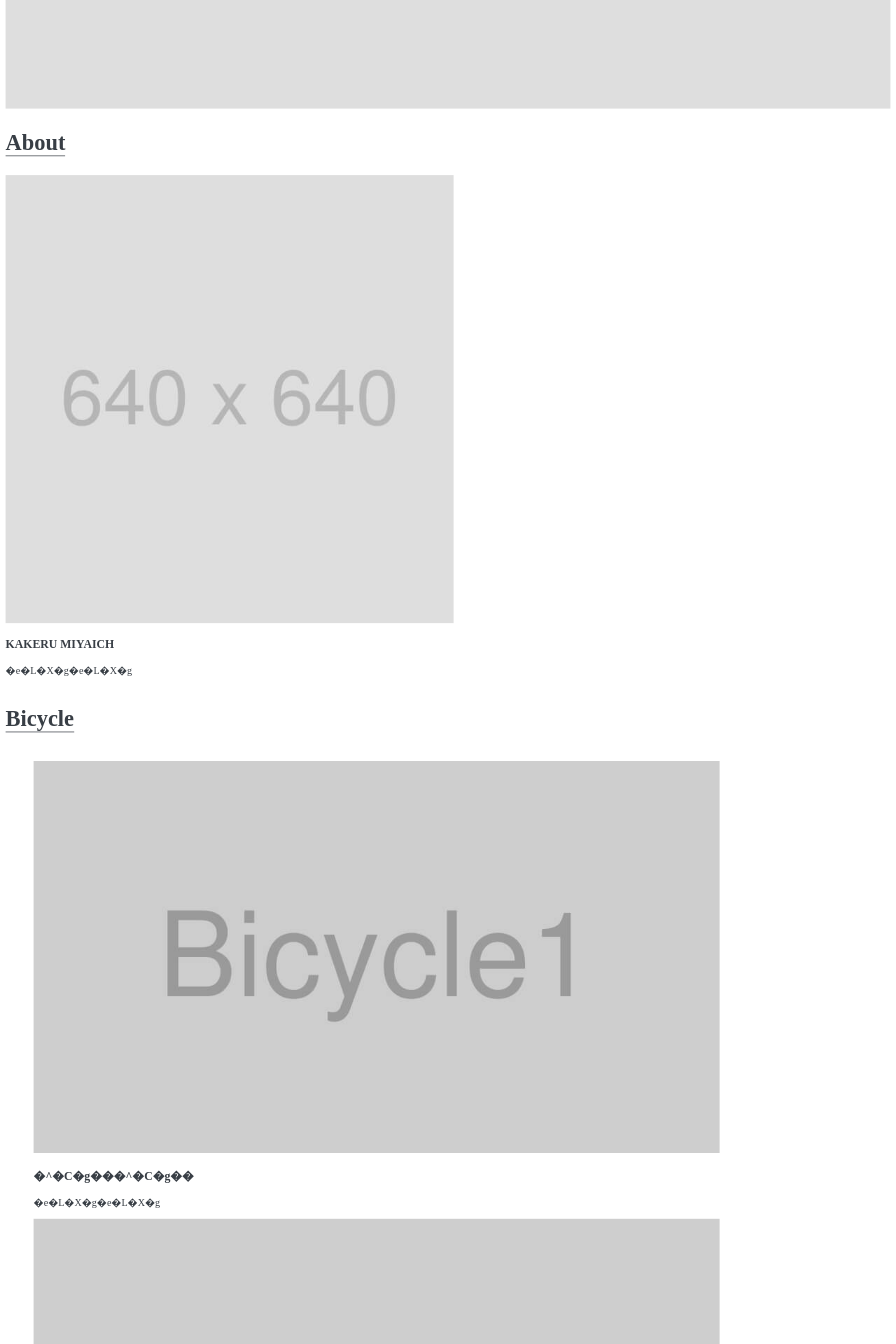
Repository: Fuki-san/bicycle
Page: http://localhost/profile
An editor plug-in stored every save of this project. The page is shown before and after the next save, followed by the edit.
The browser window is 1280 px wide. The pictures show the part of the page from y = 1203 to 3123 px (the page is 4283 px tall before and 4350 px after), at 70% of full size.
The page is served by the project's Laravel application, run on PHP 8.4 with Laravel 10. Other server files are loaded and not shown.

Above is the page before, as saved 2023-11-18 11:23:59.

### routes/web.php
<?php

use Illuminate\Support\Facades\Route;

/*
|--------------------------------------------------------------------------
| Web Routes
|--------------------------------------------------------------------------
|
| Here is where you can register web routes for your application. These
| routes are loaded by the RouteServiceProvider and all of them will
| be assigned to the "web" middleware group. Make something great!
|
*/

Route::get('profile', function() {
    return view('bicycle');
})->name('profile');

### resources/views/bicycle.blade.php
@extends('layouts.main')

@section('title', 'Bicycle')

### resources/views/layouts/main.blade.php
<!DOCTYPE html>
<html lang="ja">

<head>
    <meta charset="UTF-8">
    <meta name="viewport" content="width=device-width, initial-scale=1.0">
    <meta http-equiv="X-UA-Compatible" content="ie=edge">
    <link rel="stylesheet" href="{{ asset('css/reset.css') }}">
    <link rel="stylesheet" href="{{ asset('css/style.css') }}">
    <link rel="icon" href="images/img/favicon.ico">
    <title>@yield('title')</title>
</head>

<body>
    <header class="wrapper" id="header">
        <h1 class="site-title"><a href="{{ route('profile') }}"><img src="images/img/logo.svg"></a></h1>
        <nav>
            <ul>
                <li><a href="#about">About</a></li>
                <li><a href="#bicycle">Bicycle</a></li>
            </ul>
        </nav>
    </header>

    <main>
        <div id="mainvisual"><img src="images/img/mainvisual.jpg"></div>

        <section id="about" class="wrapper">
            <h2 class="section-title">About</h2>
            <div class="content">
                <img src="images/img/about.jpg">
                <div class="text">
                    <h3 class="content-title">KAKERU MIYAICH</h3>
                    <p>ƒeƒLƒXƒgƒeƒLƒXƒg</p>
                </div>
            </div>
        </section>

        <section id="bicycle" class="wrapper">
            <h2 class="section-title">Bicycle</h2>
                <ul>
                    <li><img src="images/img/bicycle1.jpg">
                        <h3 class="content-title">ƒ^ƒCƒgƒ‹ƒ^ƒCƒgƒ‹</h3>
                        <p>ƒeƒLƒXƒgƒeƒLƒXƒg</p>
                    </li>
                    <li><img src="images/img/bicycle2.jpg">
                        <h3 class="content-title">ƒ^ƒCƒgƒ‹ƒ^ƒCƒgƒ‹</h3>
                        <p>ƒeƒLƒXƒgƒeƒLƒXƒg</p>
                    </li>
                    <li><img src="images/img/bicycle3.jpg">
                        <h3 class="content-title">ƒ^ƒCƒgƒ‹ƒ^ƒCƒgƒ‹</h3>
                        <p>ƒeƒLƒXƒgƒeƒLƒXƒg</p>
                    </li>
                </ul>
        </section>
    </main>

    <footer id="footer">
        <p>&copy; 2023 Profile</p>
    </footer>
</body>

</html>

### public/css/style.css
@charset "UTF-8";

html{
    font-size: 100%;
}

body{
    font-size: 0.9rem;
    color: #383e45;
}

img{
    max-width: 100%;
}

li{
    list-style: none;
}

a{
    text-decoration: none;
}

.site-title a{
    display: block;
}

.section-title{
    display: inline-block;
    font-size: 2rem;
    border-bottom: 1px solid #383e45;
    margin-bottom: ;
}

### public/img/logo.svg
<?xml version="1.0" encoding="utf-8"?>
<!-- Generator: Adobe Illustrator 15.1.0, SVG Export Plug-In . SVG Version: 6.00 Build 0)  -->
<!DOCTYPE svg PUBLIC "-//W3C//DTD SVG 1.1//EN" "http://www.w3.org/Graphics/SVG/1.1/DTD/svg11.dtd">
<svg version="1.1" id="レイヤー_1" xmlns="http://www.w3.org/2000/svg" xmlns:xlink="http://www.w3.org/1999/xlink" x="0px"
	 y="0px" width="1500px" height="500px" viewBox="0 0 1500 500" enable-background="new 0 0 1500 500" xml:space="preserve">
<g>
	<rect x="0" fill="#393E46" width="1500" height="500"/>
</g>
<g>
	<path fill="#FFFFFF" d="M314.698,365.466h-48.583v-232.55h106.235c45.02,0,72.227,28.825,72.227,74.493
		c0,21.052-11.66,74.169-74.171,74.169h-55.708V365.466z M359.719,241.417c36.275,0,36.275-25.911,36.275-36.275
		c0-22.672-12.632-32.064-42.754-32.064h-38.542v68.34H359.719z"/>
	<path fill="#FFFFFF" d="M478.26,193.158h43.4v29.799h0.646c9.395-17.49,19.758-34.333,47.288-34.333
		c2.915,0,5.83,0.323,8.745,0.647v45.992c-3.887-0.648-8.745-0.648-12.956-0.648c-35.303,0-41.78,22.024-41.78,41.133v89.718H478.26
		V193.158z"/>
	<path fill="#FFFFFF" d="M676.155,370c-46.315,0-88.097-28.501-88.097-90.688c0-62.186,41.781-90.688,88.097-90.688
		c46.316,0,88.097,28.503,88.097,90.688C764.252,341.499,722.472,370,676.155,370z M676.155,226.843
		c-34.979,0-41.457,30.445-41.457,52.47c0,22.023,6.478,52.469,41.457,52.469s41.458-30.445,41.458-52.469
		C717.613,257.288,711.135,226.843,676.155,226.843z"/>
	<path fill="#FFFFFF" d="M848.461,365.466h-45.344V225.547h-24.939v-32.389h24.939v-13.927c0-35.628,19.434-49.231,50.527-49.231
		c13.278,0,19.432,0.323,23.318,0.648v36.599h-12.631c-15.547,0-15.871,4.858-15.871,19.109v6.802h29.474v32.389h-29.474V365.466z"
		/>
	<path fill="#FFFFFF" d="M950.484,172.754H905.14v-42.105h45.345V172.754z M950.484,193.158v172.308H905.14V193.158H950.484z"/>
	<path fill="#FFFFFF" d="M1040.524,365.466h-45.344v-232.55h45.344V365.466z"/>
	<path fill="#FFFFFF" d="M1231.94,314.939c-11.982,41.457-46.314,55.061-75.788,55.061c-48.584,0-85.83-23.319-85.83-94.252
		c0-20.728,7.125-87.124,82.592-87.124c34.008,0,80.971,16.194,80.971,94.898v8.097h-118.219
		c1.296,12.956,3.887,42.105,40.486,42.105c12.631,0,25.586-6.479,29.148-18.785H1231.94z M1187.245,262.146
		c-2.591-27.855-20.404-36.275-34.979-36.275c-21.377,0-32.713,13.604-35.304,36.275H1187.245z"/>
</g>
</svg>

After the next save:
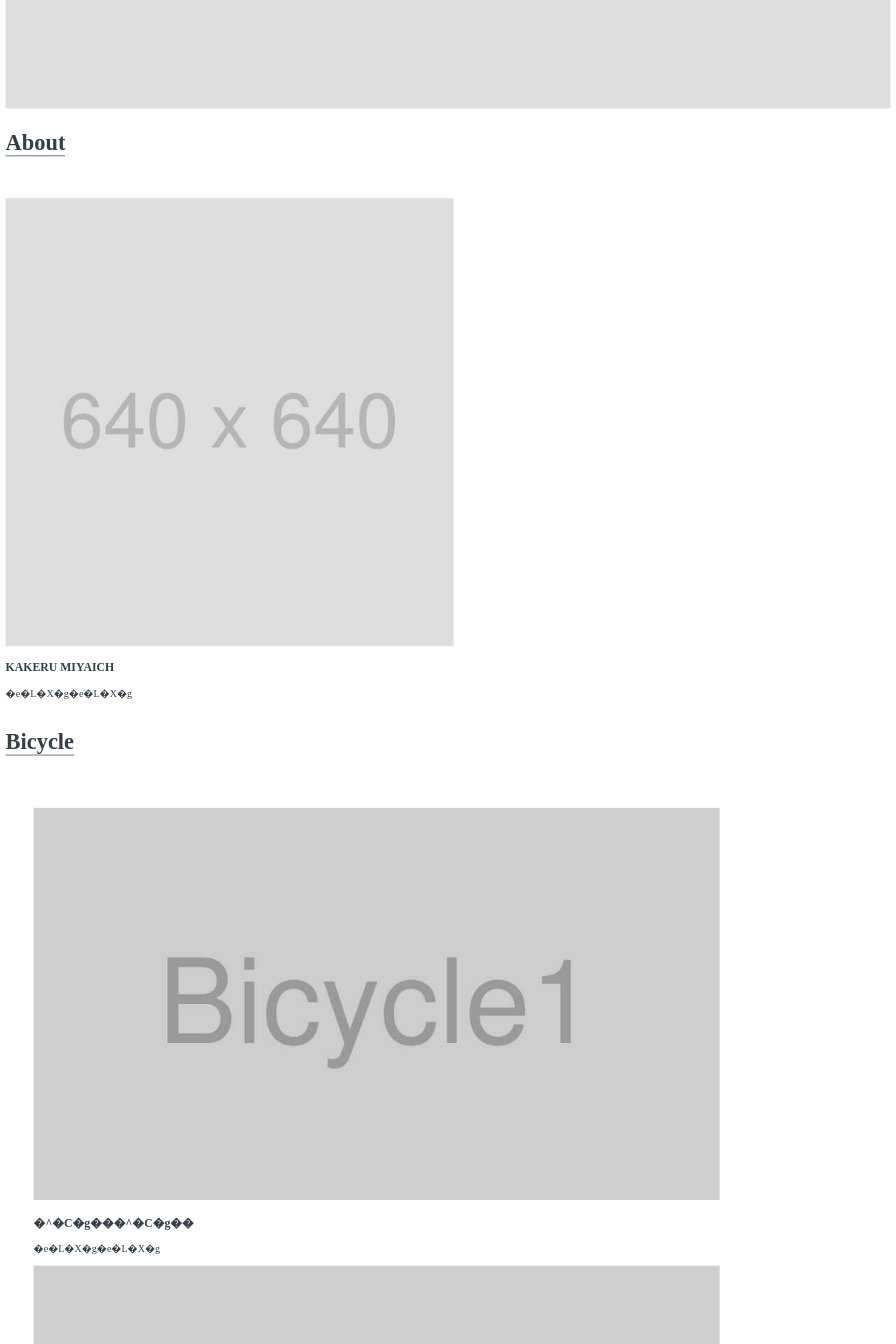
Saved 5 s later.
--- a/public/css/style.css
+++ b/public/css/style.css
@@ -29,5 +29,5 @@ a{
     display: inline-block;
     font-size: 2rem;
     border-bottom: 1px solid #383e45;
-    margin-bottom: ;
+    margin-bottom: 60px;
 }
